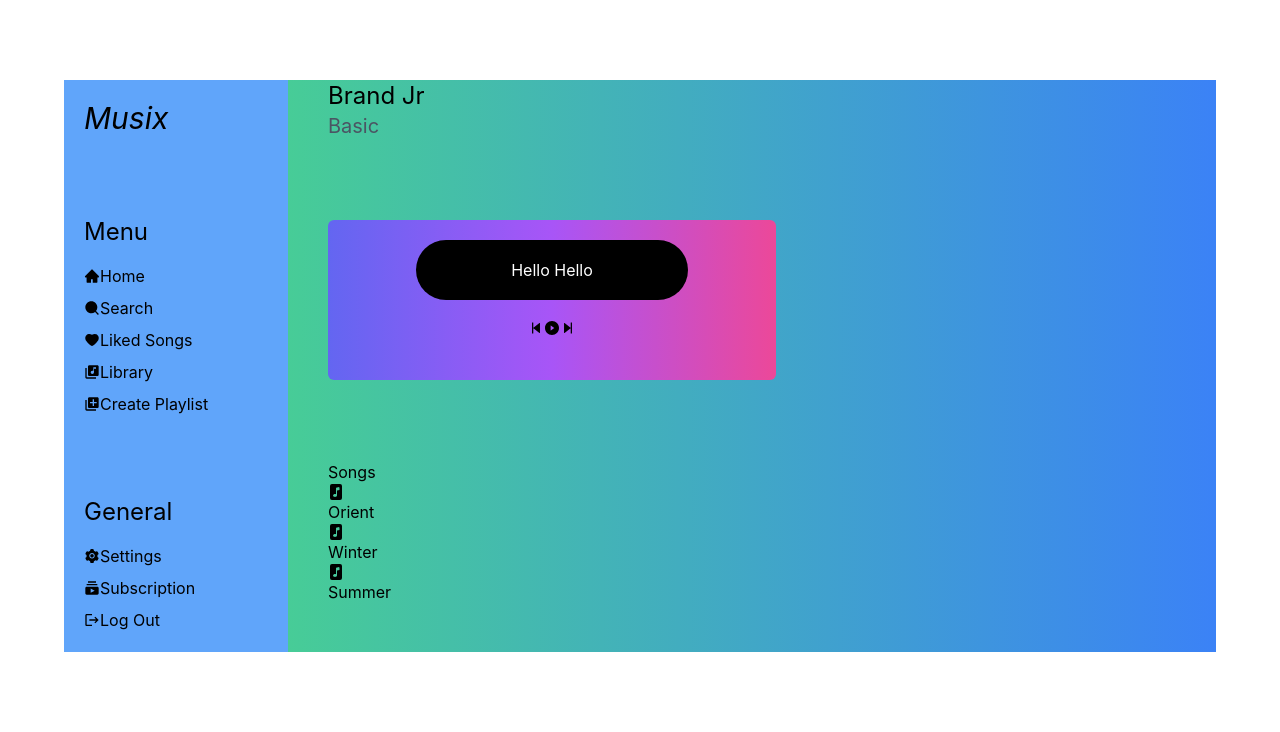
Repository: brandford7/music-player
Page: /
The author's editor kept a copy of each file at every save. The page is drawn from the files as they stood at one save, then again after a run of saves.
The browser window is 1280 px wide. The pictures show the whole page.
The project was rebuilt for these pictures with package versions that can differ from the ones it lists, and the page was loaded fresh each time. The framework's server and built-in components were replaced by stand-ins that run in the browser. Also part of the build but not shown: next.config.js.

Above is the page before, as saved 2022-11-18 12:52:21.

After the next 2 saves:
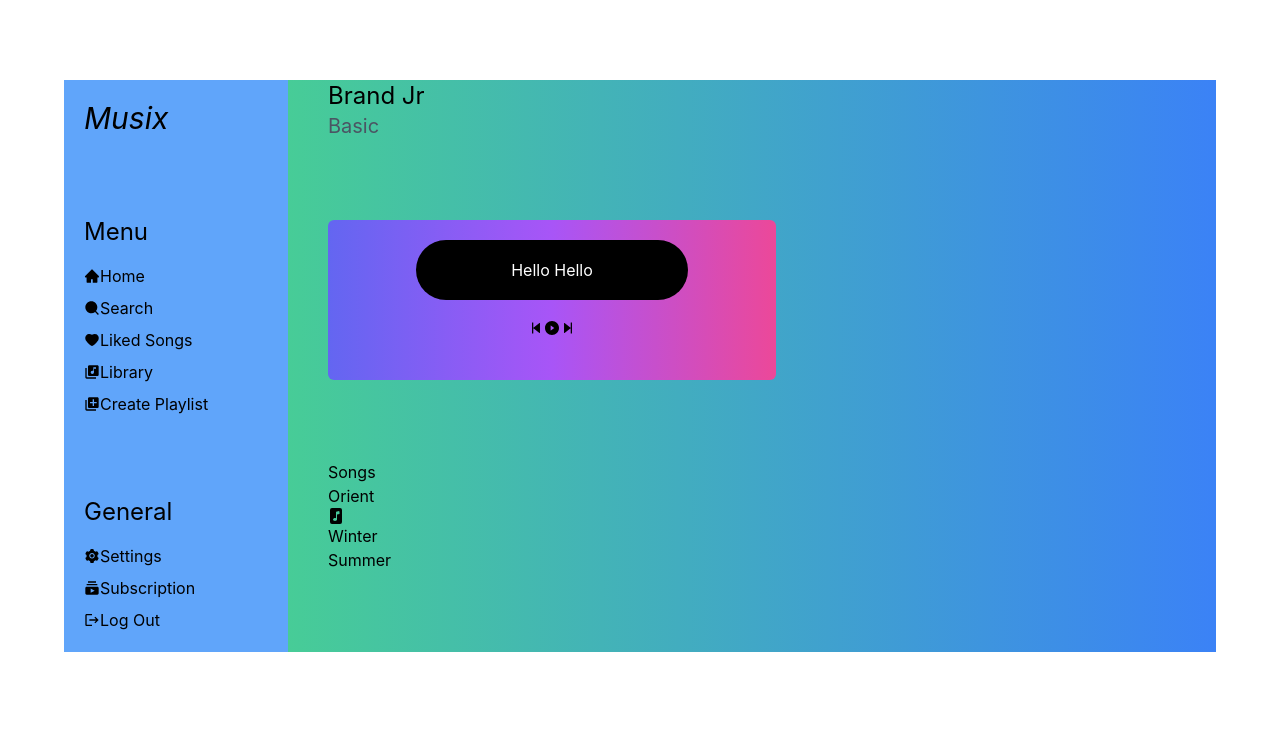
The 2 saves are shown as one change because they came seconds apart.
The last was saved 21 s later.
--- a/components/SongList.jsx
+++ b/components/SongList.jsx
@@ -1,5 +1,5 @@
 import React from "react";
-import { BsFillFileMusicFill } from "react-icons/bs";
+import {BsFillFileMusicFill} from "react-icons/bs"
 
 const SongList = () => {
   return (
@@ -7,18 +7,9 @@ const SongList = () => {
       <h1>Songs</h1>
       <section>
         <ul className="flex flex-col">
-          <li>
-            <BsFillFileMusicFill />
-            Orient
-          </li>
-          <li>
-            <BsFillFileMusicFill />
-            Winter
-          </li>
-          <li>
-            <BsFillFileMusicFill />
-            Summer
-          </li>
+          <li>Orient</li>
+                  <li><BsFillFileMusicFill/>Winter</li>
+                  <li>Summer</li>
         </ul>
       </section>
     </div>
